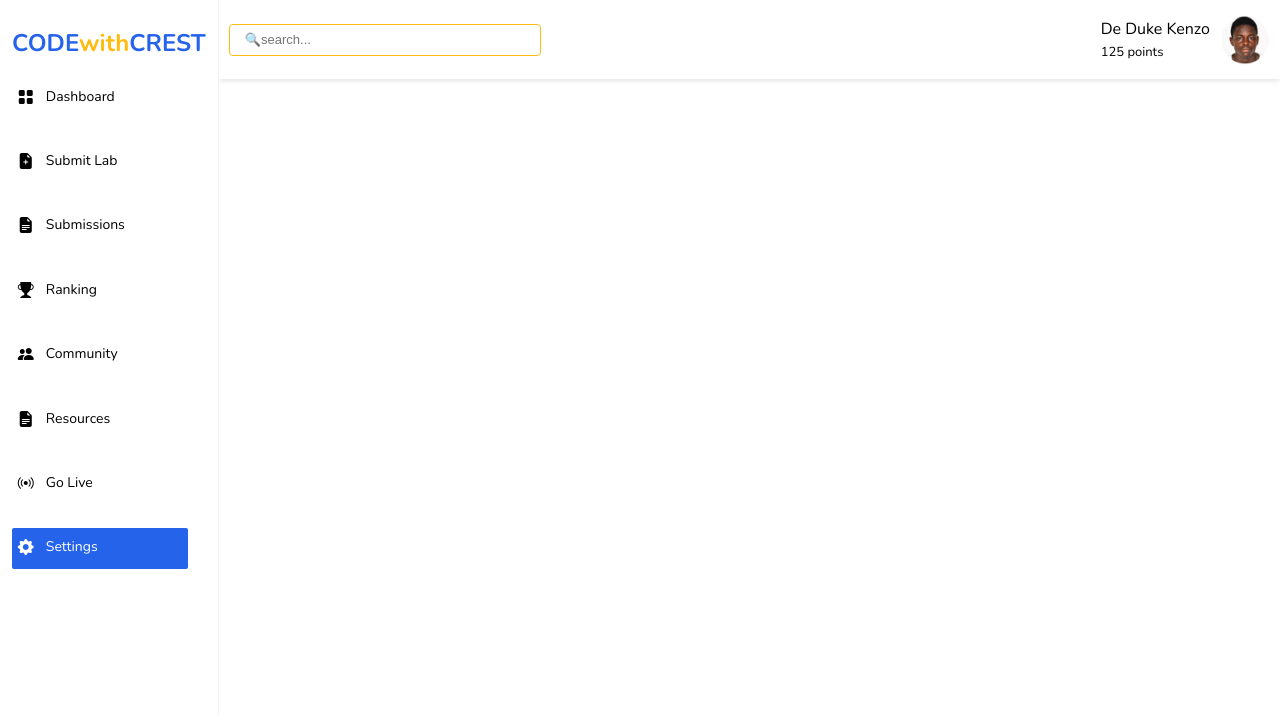
Repository: CarlTeclancing/codewithcrest
Page: /dashboard/settings
The author's editor kept a copy of each file at every save. The page is drawn from the files as they stood at one save, then again after a run of saves.
The browser window is 1280 px wide. The pictures show the whole page.
The project was rebuilt for these pictures with package versions that can differ from the ones it lists, and the page was loaded fresh each time. Also part of the build but not shown: vite.config.js, src/pages/Dashboard/dashboard.css, globals.js, src/pages/Dashboard/Dashboard.jsx, src/pages/ranking/ranking.css, src/components/UserCard.jsx, src/pages/ranking/Ranking.jsx, src/components/GuideLines.jsx and 18 more.

Above is the page before, as saved 2025-09-10 14:13:30.

### index.html
<!doctype html>
<html lang="en">
  <head>
    <meta charset="UTF-8" />
    <link rel="icon" type="image/svg+xml" href="./src/assets/react.svg" />
    <meta name="viewport" content="width=device-width, initial-scale=1.0" />
    <title>CODEwithCREST</title>
    <link rel="stylesheet" href="https://cdn.jsdelivr.net/npm/bootstrap-icons@1.13.1/font/bootstrap-icons.min.css">
    <!-- fonts-->
     <link rel="preconnect" href="https://fonts.googleapis.com">
     <link rel="preconnect" href="https://fonts.gstatic.com" crossorigin>
     <link href="https://fonts.googleapis.com/css2?family=Nunito:ital,wght@0,200..1000;1,200..1000&display=swap" rel="stylesheet">
  </head>
  <body>
    <div id="root"></div>
    <script type="module" src="/src/main.jsx"></script>
  </body>
</html>

### src/main.jsx
import { StrictMode } from 'react'
import { createRoot } from 'react-dom/client'
import './index.css'
import App from './App.jsx'
import 'react-responsive-modal/styles.css';


createRoot(document.getElementById('root')).render(
  <StrictMode>
    <App/>
  </StrictMode>,
)

### src/index.css
:root {
  /* CSS variables */
   --primary-color: #5B0C4E;
   --primary-color-hover: #5b0c4edc;
   --bg-color: #FFFAFE;
   --bg-white: #ffffff;
   --text-color: #262626;
   --border-color: #93B4FD;
   --bg-tab: #DECADB;

   --pending: #EA5254;
   --completed: #3CDA7D;
   --in-progress: #F9BD3B;

   --primary-white-color: white;
   --primary-black-color: black;
   --primary-error-color: red;
 }

body{
  /* border: solid 1px blue; */
  margin: 0%;
  width: 100%;
  height: auto;
  /* display: flex; */
  /* justify-content: center; */
  font-family: "Nunito", sans-serif;
  font-optical-sizing: auto;
  font-weight: 400;
  font-style: normal;
  overflow-x: hidden;
}
/* .post{
  width: 80%;
  display: flex;
  flex-direction: row;
  flex-wrap: wrap;
  align-items: center;
  justify-content: center;
}
.individual-post{
  width: 500px;
  height: auto;
  background-color: rgba(0, 0, 0, 0.05);
  margin: 12px;
  padding: 24px;
  border-radius: 12px;
  border: 1px solid rgba(0, 0, 0, 0.05);
  color: black;
} */

### src/App.jsx
import React  from 'react'
import { createBrowserRouter, RouterProvider ,Route ,Routes } from 'react-router-dom'

import Dashboard from './pages/Dashboard/Dashboard.jsx'
import Ranking from './pages/ranking/Ranking.jsx'
import Submission from './pages/submission/Submission.jsx'

import SubmitLab from './pages/submitLab/SubmitLab.jsx'
import Community from './pages/community/Community.jsx'
import Resources from './pages/resources/Resources.jsx'
import Assistant from './pages/assistant/Assistant.jsx'
import Login from './pages/auths/login/Login.jsx'
import Register from './pages/auths/register/_Register.jsx'
import PersonalInfo from './pages/auths/register/PersonalInfoForm.jsx'
import Experience from './pages/auths/register/ExperienceForm.jsx'
import Program from './pages/auths/register/ProgramForm.jsx'
import { UserProvider } from './providers/userProvider.jsx'
import DashboardLayout from './Layout/DashboardLayout.jsx'
import Subscribe from './pages/subscribe/Subscribe.jsx'
import GoLive from './pages/golive/GoLive.jsx'
import Setting from './pages/settings/Setting.jsx'

function App() {

  const router = createBrowserRouter([
    {path:'/', element:<Login />},
    // No landing page
    // Auth pages
    {path:'/login',  index:true,element:<Login />},
    {path:'/register', element:<Register />},
    {path:'/personal-information', element:<PersonalInfo />},
    {path:'/program', element:<Program />},
    {path:'/experience', element:<Experience/>},

    // Subscribtion page
    {
      path:'/subscribe',
      element:<Subscribe/>
    },

    // Dashboard pages
    {
      path:'/dashboard',
      element:<DashboardLayout/>,
      children:[
        {
          index:true,
          element:<Dashboard/>
        },
        {path:'submissions', element:<Submission />},
        {path:'submitlab', element:<SubmitLab />},
        {path:'community', element:<Community />},
        {path:'ranking', element:<Ranking />},
        {path:'resources', element:<Resources />},
        {path:'golive', element:<GoLive />},
        {path:'settings', element:<Setting />},

      ]
    },

    // {path:'/ranking', element:<Ranking />},
    // {path:'/bugtracking', element:<BugTracking />},
    // {path:'/hello', element:<Hello />},
    // {path:'/assistant', element:<Assistant />}

  ]);

  return (
    <>
      <UserProvider>
        <RouterProvider router={router} />
      </UserProvider>
    </>
  )
}

export default App

const Temp = () => {
  return(
    <>
      testing temp comp
    </>
  )
}

### src/providers/userProvider.jsx
import React ,{createContext ,useState} from "react";


const UserContext = createContext()

export const UserProvider = ({children}) => {
    const [user ,setUser] = useState()

    return (<UserContext.Provider value={{user:user ,setUser:setUser}}  >{children}</UserContext.Provider>)
}

export default UserContext

### src/Layout/DashboardLayout.jsx
import React from "react";
import Sidebar from "../components/Sidebar";
import { Outlet } from "react-router-dom";
import Header from "../components/Header";
import '../styles/layout.css'


const DashboardLayout = () => {
    return(
        <React.Fragment>
            <div style={{border:'solid 0px blue',display:'flex' }}>
                <Sidebar/>

                <div style={{border:'solid 0px red' ,flex:1 ,display:'flex', flexDirection:'column'}}>
                    <div>
                        <Header/>
                    </div>
                    <div>
                        <Outlet/>
                    </div>
                </div>
            </div>

        </React.Fragment>
    )
}

export default DashboardLayout

### src/pages/settings/Setting.jsx
import React ,{useState ,useEffect} from 'react'

function Setting() {
  return (
    <div></div>
  )
}

export default Setting

### src/pages/submitLab/submitlab.css
.labs-container{
    display: flex;
    flex-direction: column;
    padding: 0px 10px;
    gap: 15px;
}
.lab-info{
    display: flex;
    padding: 20px;
    border-radius: 10px;
    flex-direction: column;
    border: 1px solid rgba(168, 122, 5 ,0.5);
}
.headline{
    display: flex;
    align-items: center;
    justify-content: space-between;
    line-height: 0%;
}
.headline h3{
    /* font-size: x-large; */
    font-weight:800;
}
.bottom-line{
    display: flex;
    align-items: center;
    justify-content: space-between;
    font-size: small;
}
.points{
    font-size: small;
}
.hashtags{
    /* width: auto; */
    border: solid 1px rgba(0,0,255 ,0.3);
    padding: 10px;
    font-size: x-small;
    color: #006EFF;
    border-radius: 6px;
    background-color: #E3F2FD;
}
.inactive-btn{
    color: #2563EB;
    background-color: white;
    border: solid 1px #2563EB;
}
.deadline{
    color: #006EFF;
    margin-right: 25px;
}
.task{
    color: grey;
}
.form-group{
  display: flex;
  align-items:center;
  margin-bottom: 15px;
}
.form-group > div {
  flex: 1; /* Makes both fields take equal space */
  margin-right: 10px;
}
.form-group > div:last-child {
  margin-right: 0; /* Remove margin from the last child */
}
button{
    color: black;
    padding: 5px 8px;
    margin-right: 20px;
}
button:hover, .button.active{
  cursor: pointer;
  border-radius: 2px;
  color: white;
  border: 1px solid #2563EB;
  background-color: #2563EB;
}
.upload{
    padding: 20px;
    width: 60%;
    height: 160px;
    place-self: center;
    display: flex;
    margin: 25px 0;
    border-radius: 5px;
    flex-direction: column;
    text-align: center;
    align-items: center;
    justify-content: center;
    border: 1px dashed black;
}
.upload input{
    padding: 5px 8px;
    place-self: center;
}
.upload span{
 color: #959595;
 font-size: 10px;
}

th{
    color: #959595;
    font-weight: lighter;
    background-color: #E3F2FD;
}
td{
    padding: 8px 15px;
    font-size: 12px;
    font-weight: lighter;
}
.url{
    color: #006EFF;
}
.nav{
    width: 95%;
    display: flex;
    align-items: center;
    justify-content: space-between;
}
label, input::placeholder{
    font-size: 13px;
}
.btnl{
    color: #006EFF;
    background-color: white;
    border: 1px solid #006EFF;
}
.bar a{
    color: black;
    font-weight: 12px;
    margin-left: 25px;
    font-weight: lighter;
    text-decoration: none;
}

### src/pages/community/community.css
.community-page{
    display: flex;
    gap: 20px;
    /* padding-right: 20px; */
}
.form-post span{
    margin-right: 10px;
}
.left-side{
    /* width: 60%; */
    flex: 1;
    display: flex;
    /* margin-right: 20px; */
    flex-direction: column;
}
.right-side{
    width: 250px;
    display: flex;
    flex-direction: column;
    font-size: small;
    gap: 15px;
}
.firstline{
    display: flex;
    align-items: center;
}
.contributor-info{
    display: flex;
    flex-direction: column;
    /* border: solid 1px red; */
    padding: 0;
    margin: 0;
    line-height: normal;
}
.contributors img{
  width: 40px;
  height: 40px;
  background-color: rgba(0,0,0,0.2);
  border-radius: 50%;
  margin-right: 20px;
}
input{
    height: 23px;
}
textarea{
    height: 70px;
}
input, textarea{
    width:90%;
    outline: none;
    padding: 5px 10px;
    border-radius: 3px;
    border: 1px solid #959595;
}
.bottom{
    display: flex;
    align-items: center;
    justify-content: space-between;
}
.add a{
    color: #959595;
    margin-right: 15px;
    text-decoration: none;
}
.bottom button{
    color: white;
    padding: 8px 12px;
    border-radius: 6px;
    border: 1px solid #9b83fc;
    background-color: #9b83fc;
}
.trends{
    display: flex;
    justify-content: space-between;
}
.hashtag{
    color: #9b83fc;
}
.top-contributors{
    display: flex;
    flex-direction: column;
    gap: 7px;
}
.contributors, .top-contributors{
    margin: 0% !important;
}
.contributors{
    display: flex;
    align-items: center;
}
.contributor-point{
    color: #959595;
}
.suggestion{
    padding: 5px 10px;
    margin-bottom: 10px;
    border-radius: 4px;
    background-color: #f3f2f2;
}
.level-name{
    color: #16A34A;
}
.suggestion p, .level-point{
    color: #959595;
}
.post-profile{
    display: flex;
    padding: 10px 0px;
    align-items: center;
    gap: 5px;
}
.form-post{
    padding: 0px 20px;
    border-radius: 3px;
    margin-bottom: 10px;
    border: 1px solid #959595;
}
.post-profile img{
    width: 45px;
    height: 45px;
    background-color: rgba(0,0,0,0.2);
    border-radius: 20px;
}
.post-profile .name{
    font-weight: bold;
}
.post-profile .time{
    font-size: small;
    color: grey;
}
.post-profile-info{
    display: flex;
    flex-direction: column;
}

### src/components/Sidebar.jsx
import React from 'react'
import { Link  ,useLocation } from 'react-router-dom'
import '../styles/sideBarStyles.css'


function Sidebar() {

   const location = useLocation()

   return (
    <div className='sidebar-admin'>
         <h2 className="logo p-10"><span>CODE</span>with<span>CREST</span></h2>
         <div className="navbar p-10">
               <Link className={`section ${location.pathname === "/dashboard" ? "active" : ""}`} to="/dashboard" >
                  <i className="bi bi-grid-fill"></i>
                  <span className='nav-element'>Dashboard</span>

               </Link>
               <Link className={`section ${location.pathname === "/dashboard/submitlab" ? "active" : ""}`} to="/dashboard/submitlab">
                  <i class="bi bi-file-earmark-plus-fill"></i>
                  <span className='nav-element'>Submit Lab</span>
               </Link>
               <Link className={`section ${location.pathname === "/dashboard/submissions" ? "active" : ""}`} to="/dashboard/submissions">
                  <i class="bi bi-file-earmark-text-fill"></i>
                  <span className='nav-element'>Submissions</span>
               </Link>
               <Link className={`section ${location.pathname === "/dashboard/ranking" ? "active" : ""}`} to="/dashboard/ranking">
                  <i class="bi bi-trophy-fill"></i>
                  <span className='nav-element'>Ranking</span>
               </Link>
               <Link className={`section ${location.pathname === "/dashboard/community" ? "active" : ""}`} to="/dashboard/community">
                  <i class="bi bi-people-fill"></i>
                  <span className='nav-element'>Community</span>
               </Link>
               <Link className={`section ${location.pathname === "/dashboard/resources" ? "active" : ""}`} to="/dashboard/resources">
                  <i class="bi bi-file-earmark-text-fill"></i>
                  <span className='nav-element'>Resources</span>
               </Link>
               <Link className={`section ${location.pathname === "/dashboard/golive" ? "active" : ""}`} to="/dashboard/golive">
                  <i class="bi bi-broadcast"></i>
                  <span className='nav-element'>Go Live</span>
               </Link>
               <Link className={`section ${location.pathname === "/dashboard/settings" ? "active" : ""}`} to="/dashboard/settings">
                  <i class="bi bi-gear-fill"></i>
                  <span className='nav-element'>Settings</span>
               </Link>
         </div>

      </div>
  )
}

export default Sidebar

### src/components/Header.jsx
import React ,{useState ,useEffect} from 'react'
// import  './layout.css'
import Img1 from '../assets/img1.jpg'


function Header() {

  const [showMenu ,setShowMenu] = useState(false)

  useEffect(()=>{
    if(window.innerWidth <= 500){
      setShowMenu(true)
    }
  },[window.innerWidth])
  console.log(showMenu);


  return (
    <div className='head'>
      {/* {showMenu && <div>
          <span className='bi bi-menu'>🍺</span>
      </div>} */}

      {/* <h2 className="logo"><span>CODE</span>with<span>CREST</span></h2> */}
        <div>
          <span style={{display:'flex', alignItems:'center'}}>
            <input type="text"  className='search' placeholder='🔍search...  '/>
          </span>
        </div>

        <div className="profile" style={{cursor:'pointer'}}>
            <p className='name'>De Duke Kenzo<br/><span className='points'>125 points</span></p>
            <img src={Img1} alt="" />
        </div>
    </div>
  )
}

export default Header

### src/styles/layout.css
.guidelines{
  /* border: solid 1px cyan; */
  padding: 5px;
}
.guide{
  width: 250px;
  border-radius: 10px;
  font-size: small;
  border: 1px solid #93B4FD;
  background-color: #F0F9FF;
  padding:10px;
  display: flex;
  flex-direction: column;
  color: grey;
}
.guide h3{
  color: black;
  /* line-height: normal; */
}
.guide ul{
  list-style: none;
}
.guide-container{
  /* width: 100%; */
  display: flex;
  flex-wrap: wrap;
  gap: 15px;
  /* justify-content: space-between; */
}
.guide-container div:first-child{
  border-left: 4px solid var(--primary-color);
}
.guide-container div:nth-child(2){
  border-left: 4px solid var(--primary-error-color);
  /* margin-left: 12px; */
}
.guide-container div:nth-child(3){
  border-left: 4px solid var(--completed);
  /* margin-left: 12px; */
}

.nav-element{
  margin-left: 12px;
  font-size: 14px;
  width: 100%;
}

.head{
  padding: 10px;
  height:59px;
  /* width: 98%; */
  display: flex;
  align-items: center;
  justify-content: space-between !important;
  background-color: #ffffff;
  box-shadow: 0 2px 5px rgba(0, 0, 0, 0.1);
}

.icon{
  margin-right: 10px;
}
.search{
  width: 280px;
  height: 30px;
  outline: none;
  border-radius: 4px;
  border: 1px solid #FFBC10;
  padding: 0 15px;
}
.profile{
  display: flex;
  align-items: center;
}
.profile img{
  width: 50px;
  border-radius: 50%;
  margin-left: 10px;
}

.dashboard-container{
  padding: 10px;
  padding-bottom: 50px;
  /* border: solid 1px green; */
  overflow: auto;
  display: flex;
  flex-direction: column;
  gap: 20px;
}

### src/styles/sideBarStyles.css
.sidebar-admin{
  top: 0;
  max-width: 200px;
  display: flex;
  padding: 12px;
  flex-direction: column;
  background-color: #ffffff;
  scroll-behavior: smooth;
  border-right: solid 1px rgba(0,0,0,0.05);
  /* border: solid 1px red; */
  position: sticky;
  height: 96vh;
}
.sidebar-admin a{
  text-decoration: none;
  color: black;
  margin-bottom: 20px;
  background-color: rgba(255, 255, 255, 0.527);
  border-radius: 3px;
  transition: 0.3s, color 0.3s;
  display: flex;
}
.navbar{
  display: flex;
  flex-direction: column;
  justify-content: space-between;
}
.logo{
 margin:0px;
 font-weight: bolder;
 color: #FFBC10;
 line-height: normal;
 padding: 15px 0px;
}
.logo span{
  color: #2563EB;
}
.section{
  margin: 3px 0;
  width: 85%;
  padding: 5% 3%;
  border-radius: 2px;
}
.section:hover, .section.active{
  cursor: pointer;
  border-radius: 2px;
  color: white;
  background-color: #2563EB;
}

@media screen and (max-width:500px) {
.sidebar-admin{
  border: solid 1px red;
  padding: 0px;
  max-width: 0px;
  overflow: hidden;
}

}

### src/pages/resources/resource.css
button{
  color: white;
  padding: 8px 15px;
  border-radius: 4px;
  background-color: #2563EB;
  border: 1px solid #2563EB;
}
.library{
    display: flex;
    padding: 10px;
    border-radius: 5px;
    flex-direction: column;
    border: 1px solid rgba(0,0,0,0.2);
}
.nav-link{
    display: flex;
    align-items: center;
    justify-content: space-between;
}
.nav-link a, .bln{
    padding: 5px 10px;
    color: black;
    text-decoration: none;
    border-radius: 5px;
    background-color: #f0efef;
}
.nav-link a:hover{
    color: white;
    background-color: #2563EB;
}
.nav{
    display: flex;
    width: 40%;
    flex-direction: left;
}
.resource-block{
    /* width: 100%; */
    display: flex;
    overflow: hidden;
    justify-content: space-between;
}
.resource-box{
    min-width: 275px;
    height: 150px;
    padding: 0px 15px;
    /* margin-right: 15px; */
    border-radius: 5px;
    /* margin-bottom: 10px; */
    border: 1px solid rgba(0,0,0,0.2);
}
.left-block{
    /* width: 73%; */
    flex: 1;
    /* border: solid 1px red; */
    display: flex;
    gap: 10px;
    row-gap: 0px;
    flex-wrap: wrap;
}
.right-block{
 width: 200px;
 font-size: small;
 display: flex;
 flex-direction: column;
 gap: 10px;
}
.right-bar{
 padding:10px 15px;
 border-radius: 5px;
 border: 1px solid rgba(0,0,0,0.2);
}
.post-profile-info .name{
    margin: 0%;
}
.headline{
    display: flex;
    justify-content: space-between;
    gap: 20px;
}
.headline span{
    /* text-align: center; */
}
.top-value{
    color: #2563EB;
}
.quote{
    color: #2563EB;
    margin-top: 25px;
    padding:10px 15px;
    text-align: center;
    border-radius: 5px;
    background-color: #cce0f4;
    border: 1px solid #2563EB;
}
.goal{
    color: #2563EB;
    text-align: center;
    font-weight: bolder;
}
.weekly{
    text-align: center;
}
.weekly progress{
    background-color: #FFBC10;
}
.weekly progress::-webkit-progress-value {
  background-color: #FFBC10;
  border-radius: 10px;
  height: 8px;
}
.column{
    padding: 5px 10px;
    border-radius: 10px;
    margin-bottom: 10px;
    border-left: 3px solid #FFBC10;
    background-color: #d7e6f5;
}
.column h4{
    margin: 7px;
}
.column p{
    margin: 0%;
    font-size: 12px;
    line-height: 17px;
}
.p{
    color: #959595;
}
.assistant{
    display: flex;
    flex-direction: column;
}
.assistant h1, .assistant p{
    text-align: center;
}
.assistant h1{
    margin: 0%;
}
.assist{
    width: 60%;
    display: flex;
    margin-top: 40px;
    place-self: center;
    flex-direction: column;
}
.box-suggest{
    /* border:solid 1px red; */
    width: 100%;
    display: flex;
    flex-wrap: wrap;
    align-items: center;
    gap: 10px;
    justify-content: space-evenly;
}
.suggest{
    cursor: pointer;
    padding: 20px;
    font-size: smaller;
    color: #2563EB;
    text-align: center;
    border-radius: 5px;
    font-weight: bold;
    border: 1px solid #c3c3c3;
}

After the next 4 saves:
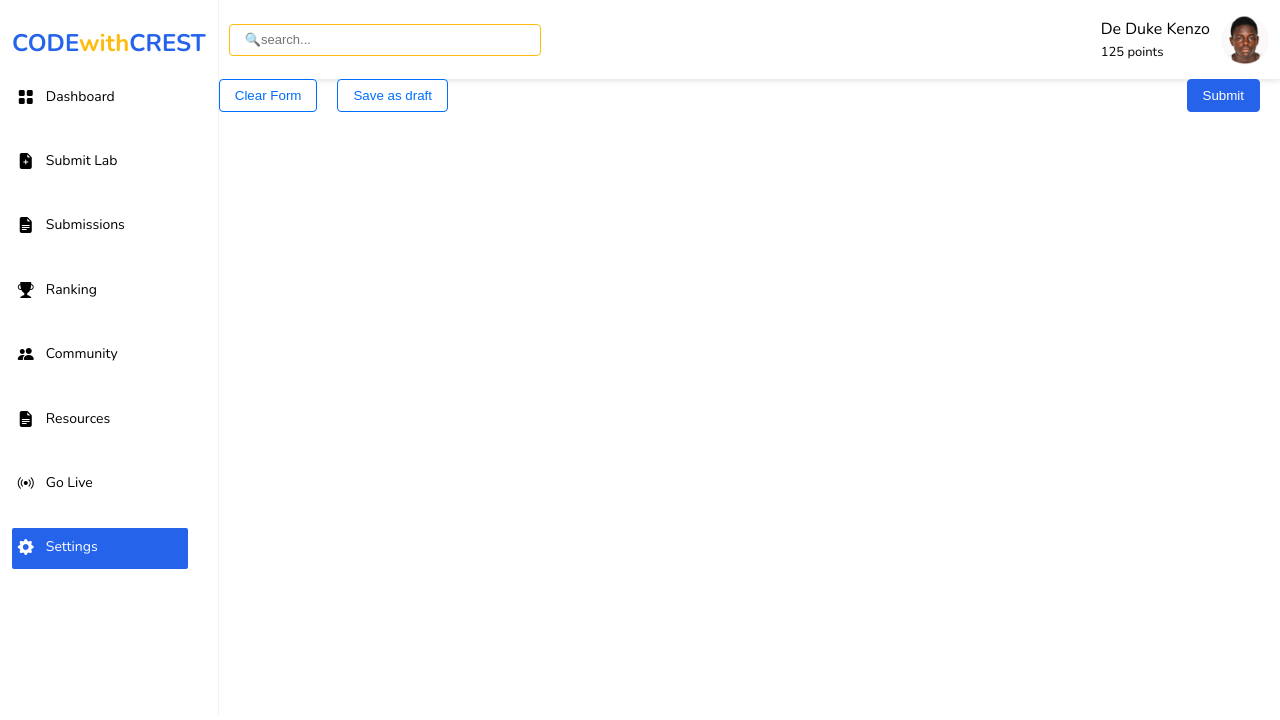
The 4 saves are shown as one change because they came seconds apart.
The last was saved 3 min 47 s later.
--- a/src/pages/settings/Setting.jsx
+++ b/src/pages/settings/Setting.jsx
@@ -2,7 +2,17 @@ import React ,{useState ,useEffect} from 'react'
 
 function Setting() {
   return (
-    <div></div>
+    <div>
+
+        <div style={{display:'flex', justifyContent:'space-between'}}>
+              <div style={{display:'flex', alignItems:'center'}}>
+                <button className='btnl'>Clear Form</button>
+                <button className='btnl'>Save as draft</button>
+              </div>
+              <button className='button'>Submit</button>
+        </div>
+
+    </div>
   )
 }
 
